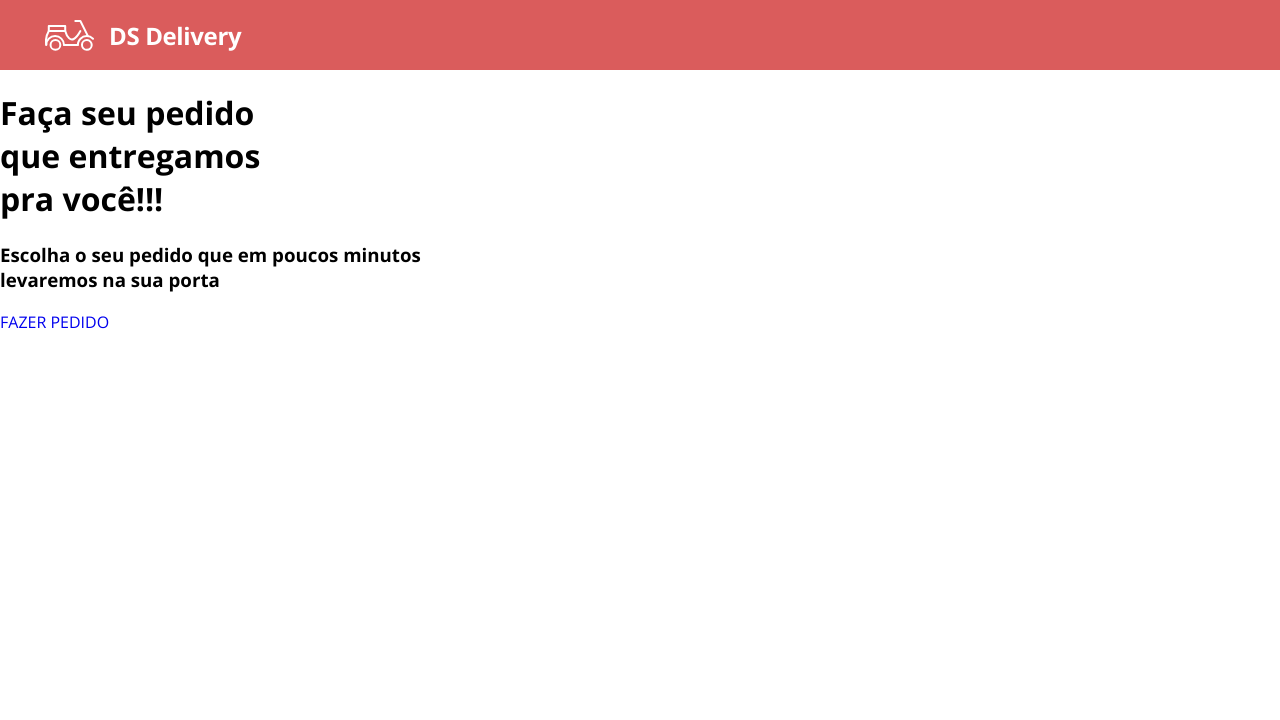
Repository: crdpc/dsdeliver
Page: / (app in front-web/)
The author's editor kept a copy of each file at every save. The page is drawn from the files as they stood at one save, then again after the next save.
The browser window is 1280 px wide. The pictures show the whole page.
The project was rebuilt for these pictures with package versions that can differ from the ones it lists, and the page was loaded fresh each time. Also part of the build but not shown: front-web/src/Home/styles.css.

Above is the page before, as saved 2021-01-09 11:19:06.

### front-web/src/App.tsx

import './App.css';
import Home from './Home';
import Navbar from './Navbar';



function App() {
  return (
    <div>
    <>
       <Navbar />
       <Home />

    </>

    </div>
  );
}

export default App;

### front-web/src/App.css

@import url('https://fonts.googleapis.com/css2?family=Open+Sans:wght@400;700&display=swap');

:root {
  --primary-color: #da5c5c;
  --primary-hover-color: #a74b4b;
  --dark-color: #263238;
  --secondary-color: #9E9E9E;
  --light-color: #F5F5F5;
}

html, body {
  margin: 0;
  padding:0;
}

body {
  font-family: 'Open Sans', sans-serif;
}

a {
  text-decoration: none;
}

### front-web/src/Home/index.tsx
import './styles.css';
import { ReactComponent} from './main.svg';

function Home() {
    return(
        <div className="home-container">
            <div className="home-content">
                <div className="home-actions">
                    <h1 className="home-title">
                        Faça seu pedido <br /> que entregamos <br /> pra você!!!
                    </h1>
                    <h3 className="home-subtitle">
                        Escolha o seu pedido que em poucos minutos<br />
                        levaremos na sua porta
                    </h3>
                    <a href="Orders" className="home-btn-order">
                        FAZER PEDIDO
                    </a>
                </div>
                <div className="home-image">

                </div>
            </div>

        </div>
    )
}

export default Home;

### front-web/src/Navbar/index.tsx
import './styles.css';
import { ReactComponent as Logo } from './logo.svg';

function Navbar() {
    return(
        <nav className="main-navbar">
            <Logo />
            <a href="home" className="logo-text">DS Delivery </a>
        </nav>
    )
}

export default Navbar;

### front-web/src/Navbar/styles.css
.main-navbar {
    height: 70px;
    background-color: #DA5C5C ;
    padding-left: 45px;
    display: flex;
    align-items: center;
}

.logo-text {
    font-weight: bold;
    font-size: 24px;
    line-height: 33px;
    letter-spacing: -0.015em;
    color: #FFFFFF;
    margin-left: 15px;
}

Loaded but not shown: front-web/public/index.html (common file); front-web/src/index.tsx (common file)

After the next save:
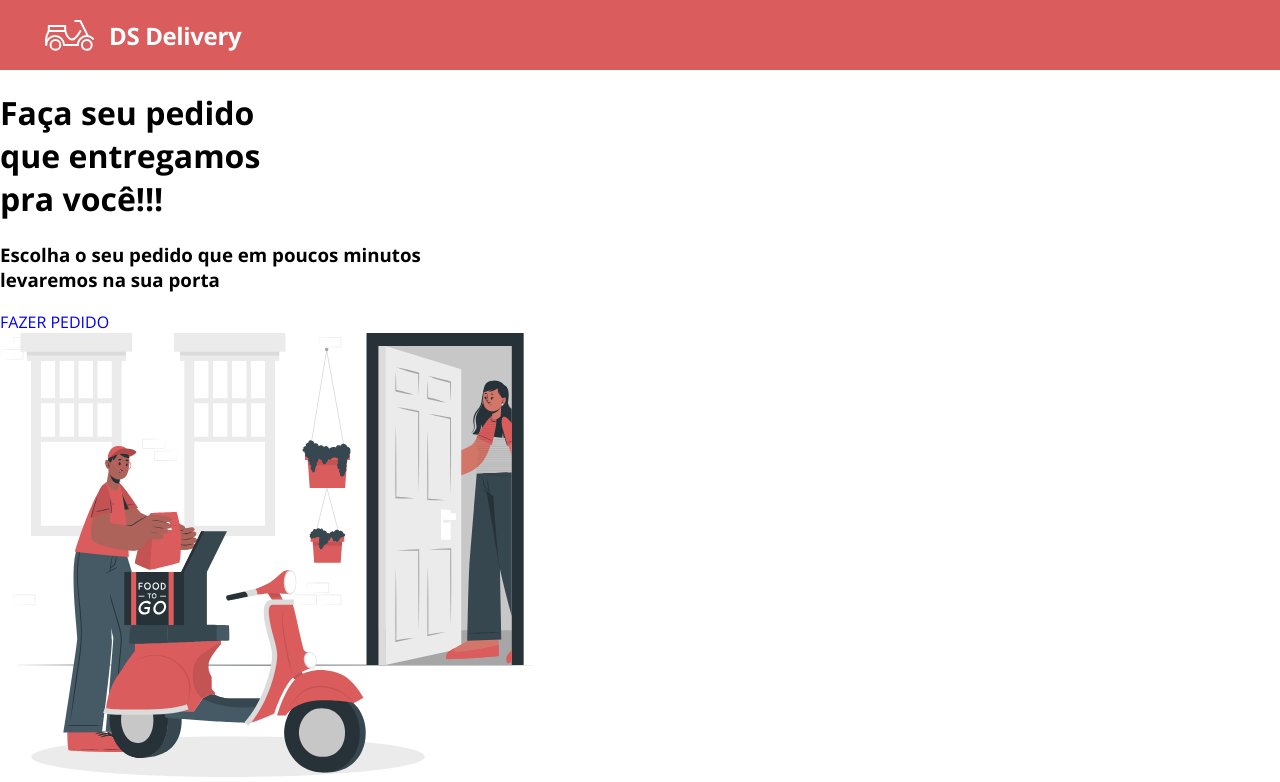
Saved 85 min 20 s later.
--- a/front-web/src/Home/index.tsx
+++ b/front-web/src/Home/index.tsx
@@ -1,6 +1,5 @@
 import './styles.css';
-import { ReactComponent} from './main.svg';
-
+import {ReactComponent as MainImage} from './main.svg';
 function Home() {
     return(
         <div className="home-container">
@@ -18,6 +17,7 @@
                     </a>
                 </div>
                 <div className="home-image">
+                    <MainImage />
 
                 </div>
             </div>
